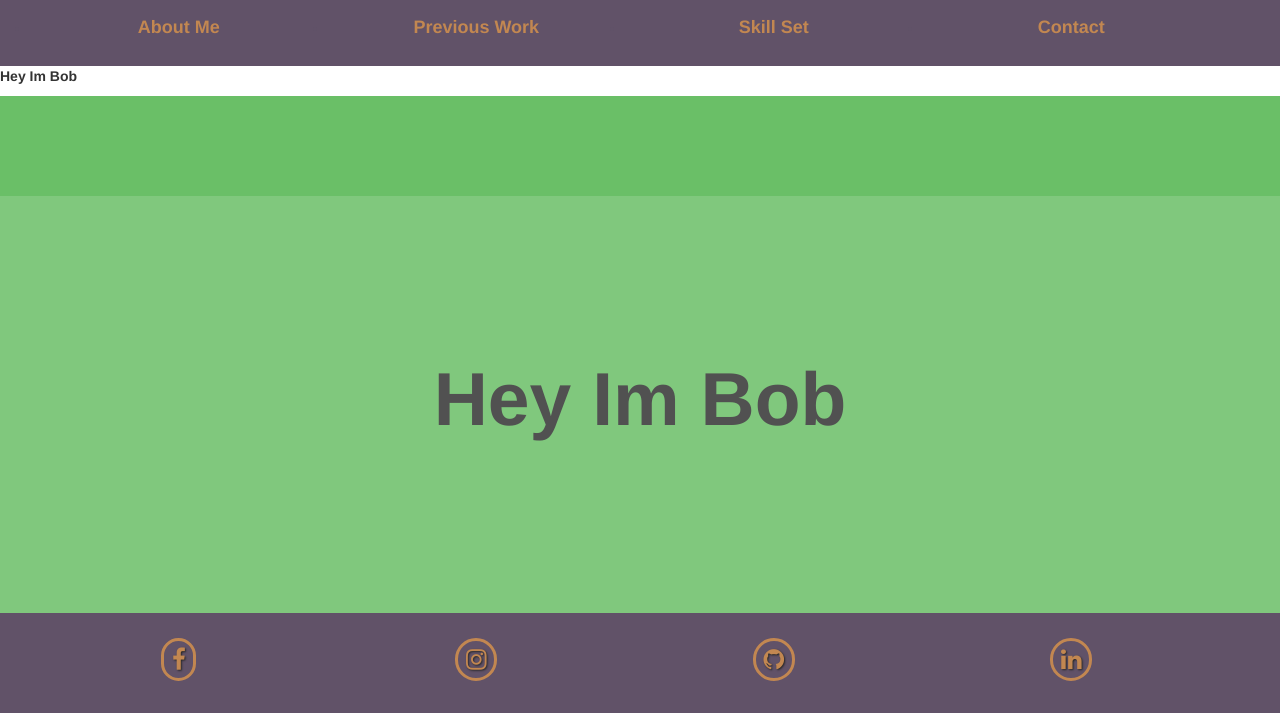
Repository: Rang3rDang3r/Portfolio
Page: main.html
The author's editor kept a record of every edit. The page is drawn from the files as they stood at one moment, then again after the next edit.
The browser window is 1280 px wide. The pictures show the whole page.

Above is the page before.

### main.html
<!DOCTYPE html>
<html lang="en">
<head>

    <meta charset="UTF-8">
    <meta name="viewport" content="width=device-width, initial-scale=1.0">
    <meta http-equiv="X-UA-Compatible" content="ie=edge">

    <!-- Stylesheets -->
    <link rel="stylesheet" href="main-style.css" type="text/css" />
    <link rel="stylesheet" href="https://maxcdn.bootstrapcdn.com/bootstrap/3.3.7/css/bootstrap.min.css">
    <link rel="stylesheet" href="https://maxcdn.bootstrapcdn.com/font-awesome/4.7.0/css/font-awesome.min.css" type="text/css" />
    <link href="https://fonts.googleapis.com/css?family=Arimo&display=swap" rel="stylesheet">
    <!-- /Stylesheets -->

    <title>Stuart Evans - Web Developer</title>

</head>
<body>

    <!-- Nav Bar -->
    <nav>
        <div class="container-fluid">
            <div class="row col-xs-12">
                <ul class="nav-bar col-xs-12">
                    <li class="nav-link col-xs-6 col-sm-3">
                        <a href="#">About Me</a>
                    </li>
                    <li class="nav-link col-xs-6 col-sm-3">
                        <a href="#">Previous Work</a>
                    </li>
                    <li class="nav-link col-xs-6 col-sm-3">
                        <a href="#">Skill Set</a>
                    </li>
                    <li class="nav-link col-xs-6 col-sm-3">
                        <a href="#">Contact</a>
                    </li>
                </ul>
            </div>
        </div>
    </nav>
    <!--/Nav Bar -->

    <!-- About Me -->
    <section>
        <div class="eton-blue-b"></div>
            <div class="eton-blue">
                <p><strong>Hey Im Bob</strong></p>
            </div>
        <div class="eton-blue-b"></div>

        <div class="mantis-b"></div>
            <div class="mantis">
                <p><strong>Hey Im Bob</strong></p>
            </div>
        <div class="eton-blue-b"></div>
    </section>
    <!-- About Me -->

    <!-- Previous Work -->
    <section>

    </section>
    <!-- Previous Work -->

    <!-- Skill Set -->
    <section>

    </section>
    <!-- Skill Set -->

    <!-- Contact Form -->
    <section>

    </section>
    <!-- Contact Form -->

    <!-- Footer -->
    <footer>
        <div class="container-fluid">
            <div class="row col-xs-12">
                <ul class="footer-format col-xs-12">
                    <li class="footer-links col-xs-6 col-md-3">
                        <a href="https://www.facebook.com/ranger.danger.91" alt="Facebook" target="_blank"><i class="fa fa-facebook"></i></a>
                    </li>
                    <li class="footer-links col-xs-6 col-md-3">
                        <a href="https://www.instagram.com/rangerroo/" alt="Instagram" target="_blank"><i class="fa fa-instagram"></i></a>
                    </li>
                    <li class="footer-links col-xs-6 col-md-3">
                        <a href="https://github.com/Rang3rDang3r" alt="GitHub" target="_blank"><i class="fa fa-github"></i></a>
                    </li>
                    <li class="footer-links col-xs-6 col-md-3">
                        <a href="https://www.linkedin.com/in/stuart-evans-b672a6139/" alt="LinkedIn" target="_blank"><i class="fa fa-linkedin"></i></a>
                    </li>
                </ul>
            </div>
        </div>
    </footer>
    <!-- /Footer -->

</body>
</html>

### main-style.css
/*--- Font Family ---*/

@import url("https://fonts.googleapis.com/css?family=Arimo:100,200,300,400,500,600,700");

/*--- Background Images ---*/


/*--- Header Format ---*/

h1
h2
h3
h4
h5
h6 {
    font-family: "Arimo", sans-serif;
}

a {
    text-decoration: none !important;
}

/*--- Nav Bar ---*/

nav {
    background-color: #46344e;
    opacity: 0.85;
}

.nav-link {
    color: #46344e;
    text-align: center;
    margin-top: 15px;
    margin-bottom: 15px;
}

.nav-link a {
    color: rgb(184, 115, 51);
    font-family: "Arimo", sans-serif;
    font-weight: bold;
    font-size: large;
}

.nav-link a:hover {
    color: #ffffff;
    transition-duration: 1s;
    transition-timing-function: ease-in-out;
}

/*--- Footer ---*/

footer{
    clear: both;
    min-height: 100px;
    background-color: #46344e;
    opacity: 0.85;
    float: none;
}

.footer-links {
    text-align: center;
}

.footer-format {
    margin-bottom: 20px;
}

.footer-format li {
    color: #46344e;
    padding-top: 15px;
    padding-bottom: 15px;
    margin-top: 15px;
}

.footer-format li a {
    font-family: "Arimo", sans-serif;
    color: rgb(184, 115, 51);
    font-size: x-large;
    text-shadow: 1px 1px 2px #000000;
    padding: 5px 7.5px 5px 7.5px;
    border: 3px solid rgb(184, 115, 51);
    border-radius: 25px;
}

.footer-format li a:hover {
    color: #ffffff;
    border: 5px solid #ffffff;
    transition-duration: 1s;
    transition-timing-function: ease-in-out;
}

/*--- Media Queries ---*/

@media(min-width: 768px) {
    .footer-links {
        display: inline;
    }
}

.vivid-tangerine {
    background-color: #f9ab84;
    padding-top: 150px;
    padding-bottom: 150px;
    opacity: 0.85;
    text-align: center;
    font-size: 75px;
}

.vivid-tangerine-b {
    background-color: #f9ab84;
    opacity: 1;
    padding-top: 50px;
    padding-bottom: 50px;

}
.mantis {
    background-color: #6abf67;
    padding-top: 150px;
    padding-bottom: 150px;
    opacity: 0.85;
    text-align: center;
    font-size: 75px;
}

.mantis-b {
    background-color: #6abf67;
    opacity: 1;
    padding-top: 50px;
    padding-bottom: 50px;

}

After the next edit:
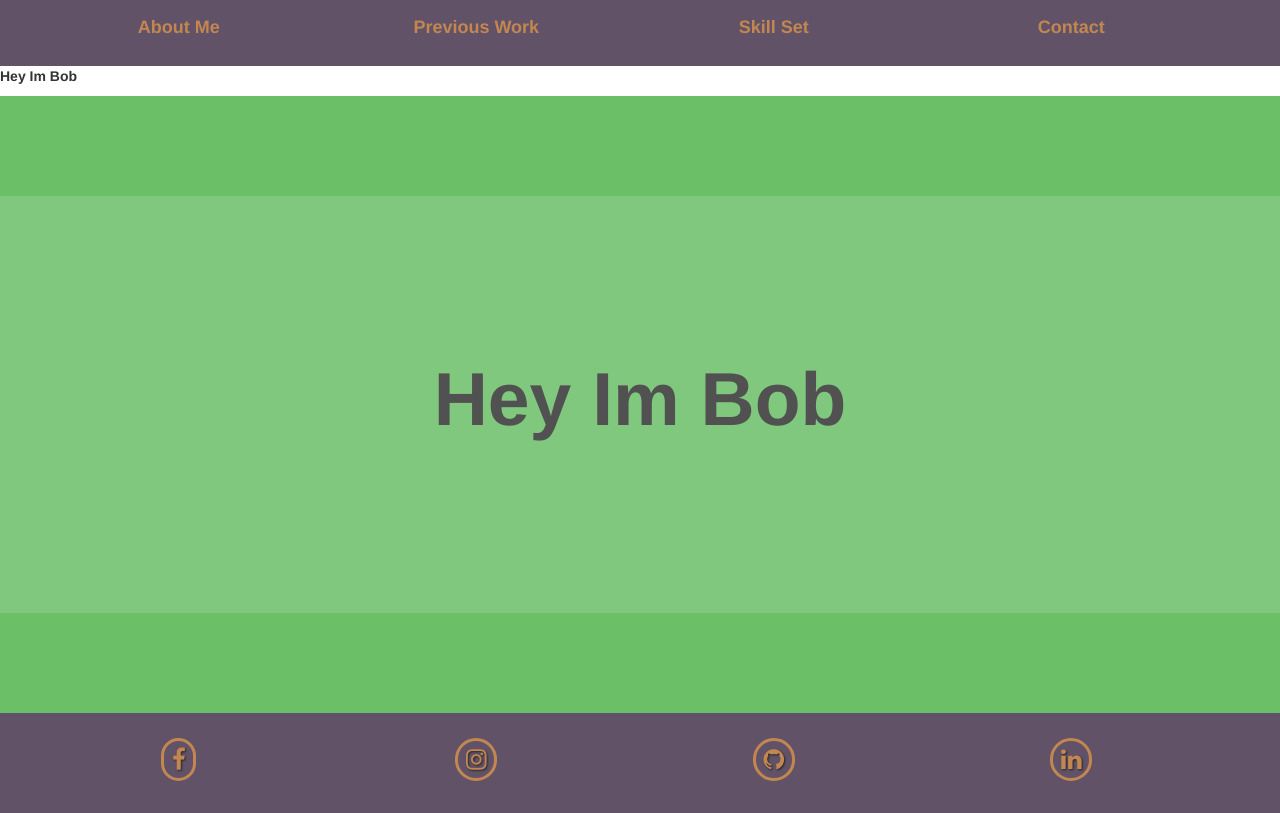
The edit:
--- a/main.html
+++ b/main.html
@@ -53,7 +53,7 @@
             <div class="mantis">
                 <p><strong>Hey Im Bob</strong></p>
             </div>
-        <div class="eton-blue-b"></div>
+        <div class="mantis-b"></div>
     </section>
     <!-- About Me -->
 
